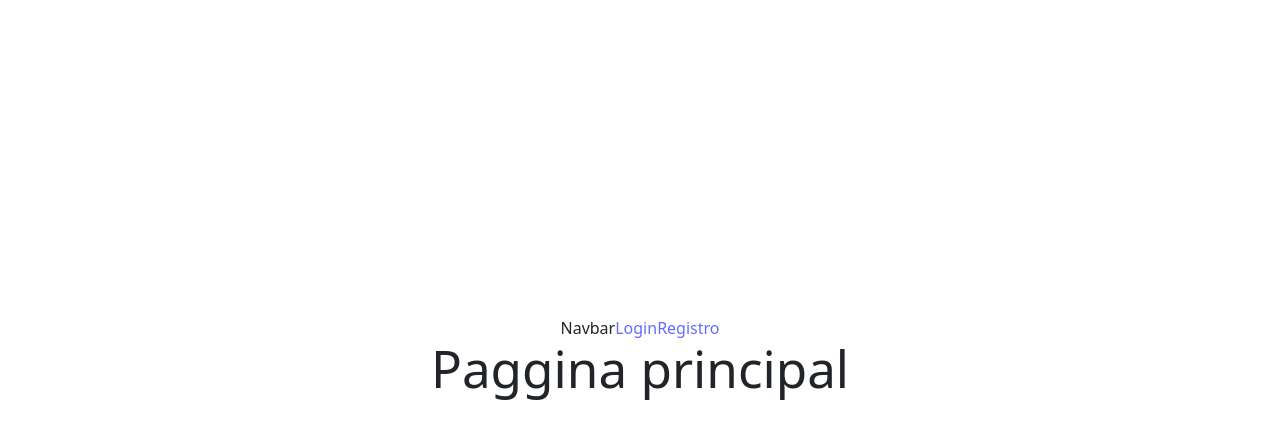
Repository: cvalenciapatagonia/Desafio-1-React-II
Page: /
These files come from the project's save history. The page is drawn as it stood at one moment and after the next save; the edit follows.
The browser window is 1280 px wide. The pictures show the whole page.
The project was rebuilt for these pictures with package versions that can differ from the ones it lists, and the page was loaded fresh each time. Also part of the build but not shown: vite.config.js, src/components/Registro.jsx, src/views/Registro.jsx, src/views/NotFound.jsx. Imported but missing from the stored project, and not drawn on this page: src/views/Login.

Above is the page before, as saved 2023-09-22 12:51:03.

After the next save:
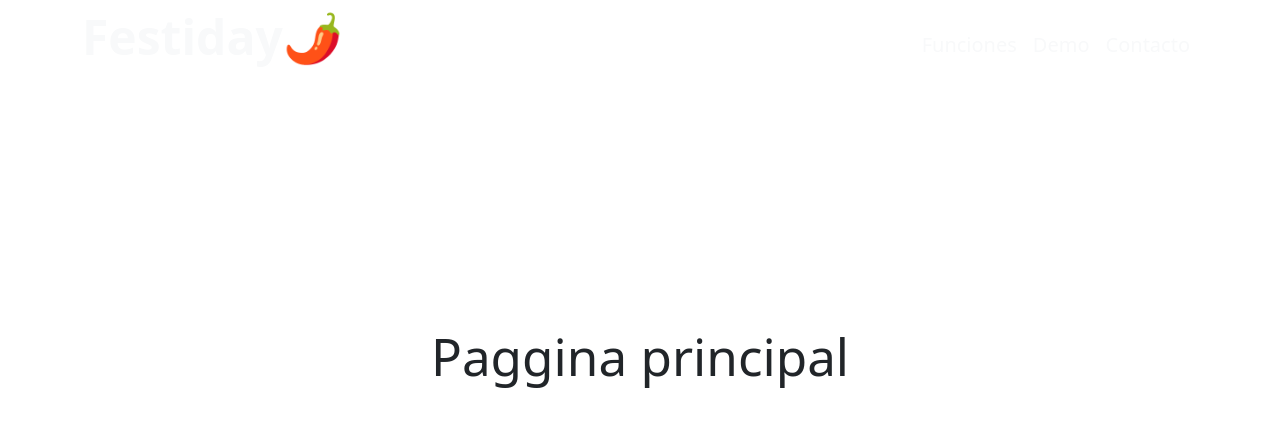
Saved 2 min 15 s later.
--- a/src/components/Navbar.jsx
+++ b/src/components/Navbar.jsx
@@ -5,9 +5,56 @@
   return (
     <>
       <div>
-        Navbar
+        {/* Navbar
         <Link to="/login">Login</Link>
-        <Link to="/registro">Registro</Link>
+        <Link to="/registro">Registro</Link> */}
+              <header>
+        <nav className="navbar navbar-expand-lg navbar-dark fixed-top navbar-custom">
+          <div className="container">
+            <p className="display-5 fw-bold text-light logo-img">
+              Festiday🌶️
+            </p>
+            <button
+              className="navbar-toggler"
+              type="button"
+              data-bs-toggle="collapse"
+              data-bs-target="#navbarTogglerDemo01"
+              aria-controls="navbarTogglerDemo01"
+              aria-expanded="false"
+              aria-label="Toggle navigation"
+            >
+              <span className="navbar-toggler-icon"></span>
+            </button>
+            <div className="collapse navbar-collapse" id="navbarTogglerDemo01">
+              <a className="navbar-brand" href="#"></a>
+              <ul className="navbar-nav ms-auto mb-2 mb-lg-0 fs-5">
+                <li className="nav-item">
+                  <a
+                    className="nav-link active text-light"
+                    aria-current="page"
+                    href="#Function-container"
+                  >
+                    Funciones
+                  </a>
+                </li>
+                <li className="nav-item">
+                  <a
+                    className="nav-link active text-light"
+                    href="#app-demo"
+                  >
+                    Demo
+                  </a>
+                </li>
+                <li className="nav-item">
+                  <a className="nav-link active text-light" href="#Contacto">
+                    Contacto
+                  </a>
+                </li>
+              </ul>
+            </div>
+          </div>
+        </nav>
+      </header>
       </div>
     </>
   );
